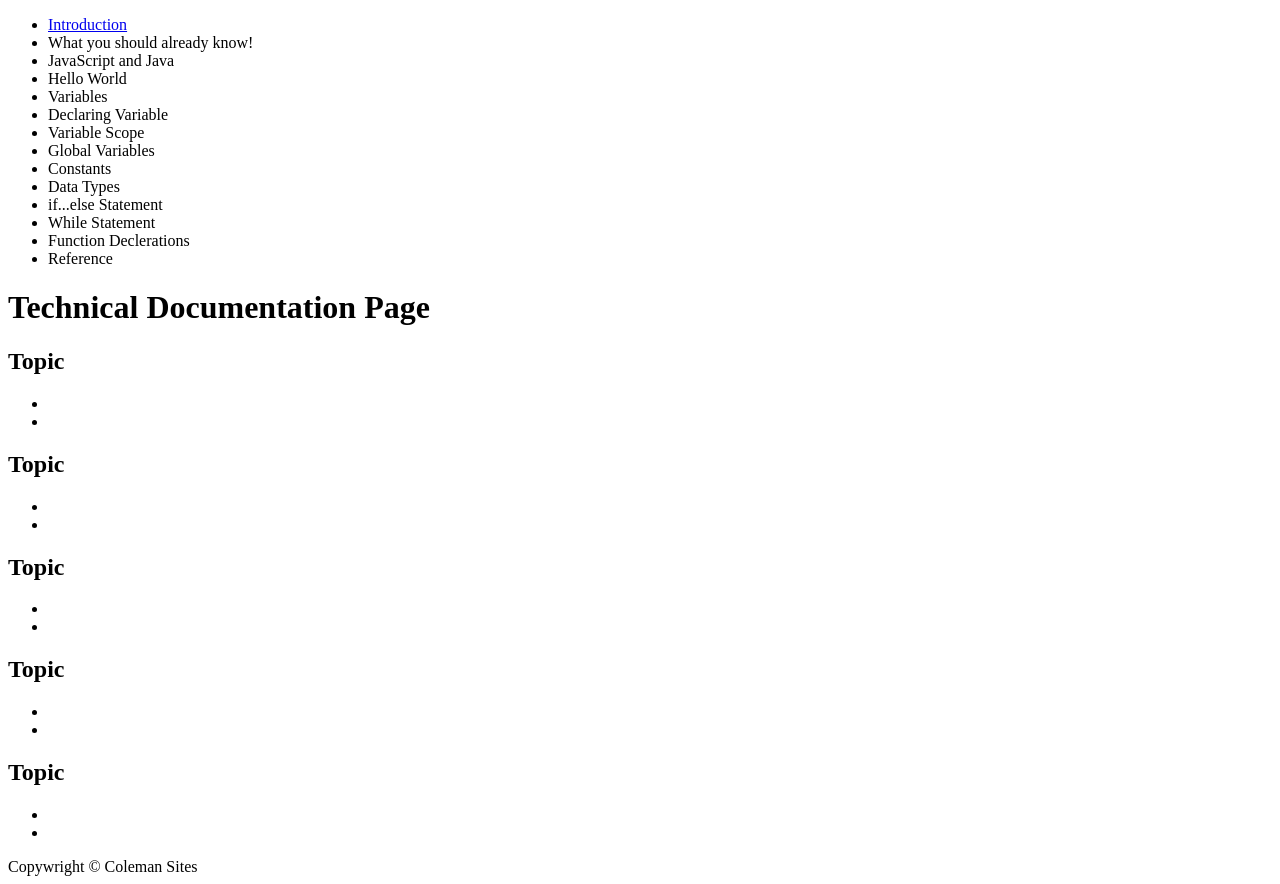
Repository: ctcoleman/technicalDocumentationPage
Page: index.html
An editor plug-in stored every save of this project. The page is shown before and after a run of saves, followed by the edit.
The browser window is 1280 px wide. The pictures show the whole page.

Above is the page before, as saved 2020-07-09 21:43:59.

After the next 3 saves:
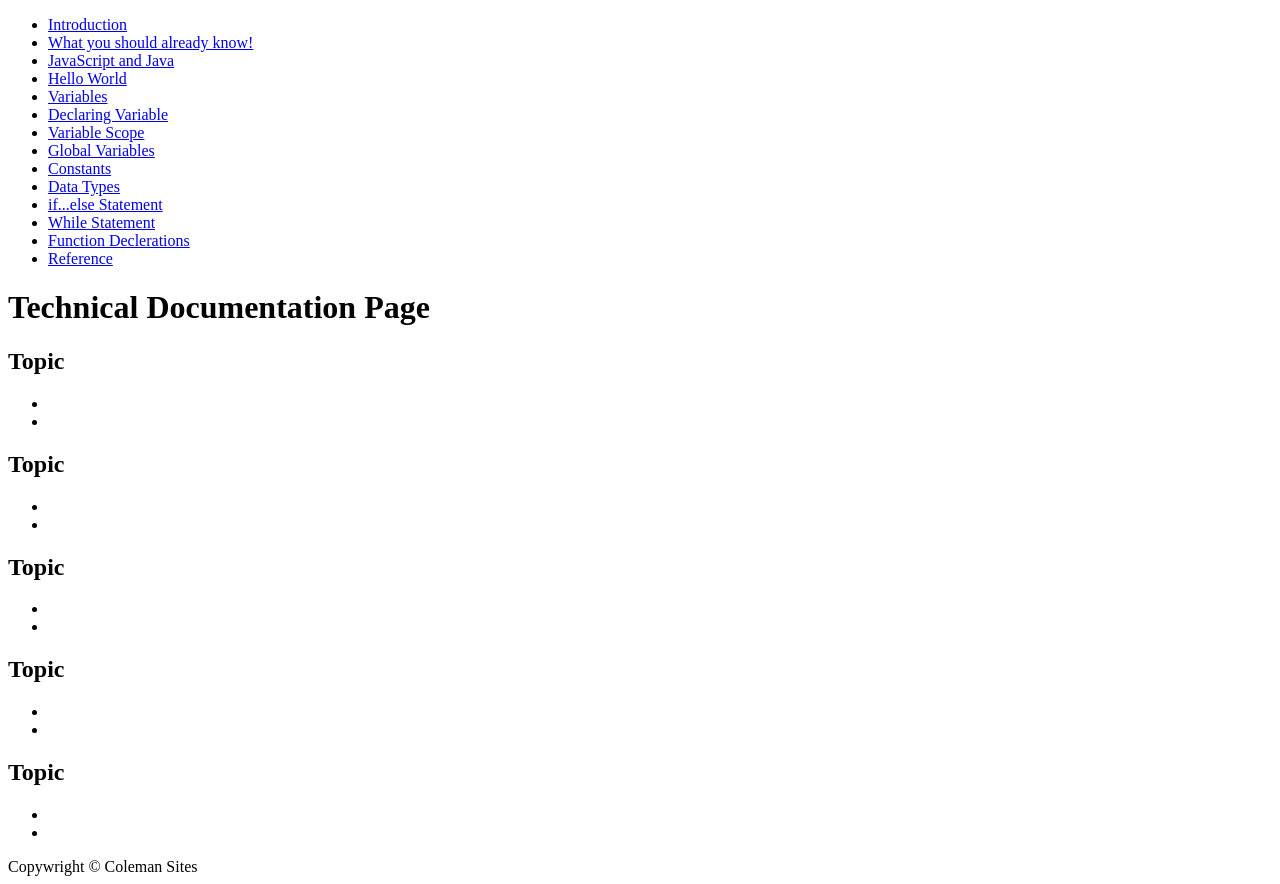
The 3 saves are shown as one change because they came seconds apart.
The last was saved 38 s later.
--- a/index.html
+++ b/index.html
@@ -12,40 +12,40 @@
       <li>
         <a href="#">Introduction</a>
       <li>
-        <a>What you should already know!</a>
+        <a href="#">What you should already know!</a>
       <li>
-        <a>JavaScript and Java</a>
+        <a href="#">JavaScript and Java</a>
       <li>
-        <a>Hello World</a>
+        <a href="#">Hello World</a>
       <li>
-        <a>Variables</a>
+        <a href="#">Variables</a>
       </li>
       <li>
-        <a>Declaring Variable</a>
+        <a href="#">Declaring Variable</a>
       </li>
       <li>
-        <a>Variable Scope</a>
+        <a href="#">Variable Scope</a>
       </li>
       <li>
-        <a>Global Variables</a>
+        <a href="#">Global Variables</a>
       </li>
       <li>
-        <a>Constants</a>
+        <a href="#">Constants</a>
       </li>
       <li>
-        <a>Data Types</a>
+        <a href="#">Data Types</a>
       </li>
       <li>
-        <a>if...else Statement</a>
+        <a href="#">if...else Statement</a>
       </li>
       <li>
-        <a>While Statement</a>
+        <a href="#">While Statement</a>
       </li>
       <li>
-        <a>Function Declerations</a>
+        <a href="#">Function Declerations</a>
       </li>
       <li>
-        <a>Reference</a>
+        <a href="#">Reference</a>
       </li>
     </ul>
   </nav>
